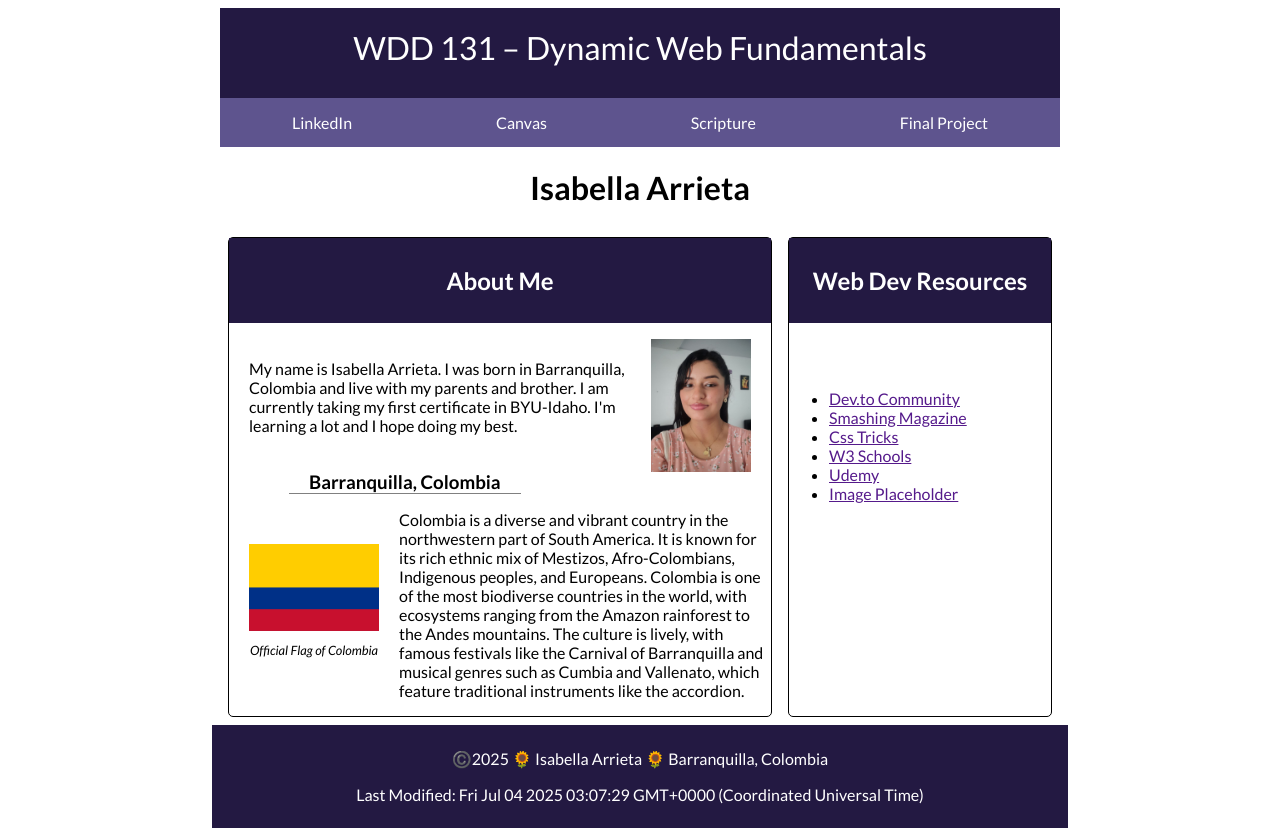
Repository: isaAJ05/wdd131
Page: index.html
The author's editor kept a copy of each file at every save. The page is drawn from the files as they stood at one save, then again after the next save.
The browser window is 1280 px wide. The pictures show the whole page.
Some web fonts or font styles are not loaded; a fallback is used.

Above is the page before, as saved 2025-07-04 03:45:59.

After the next save:
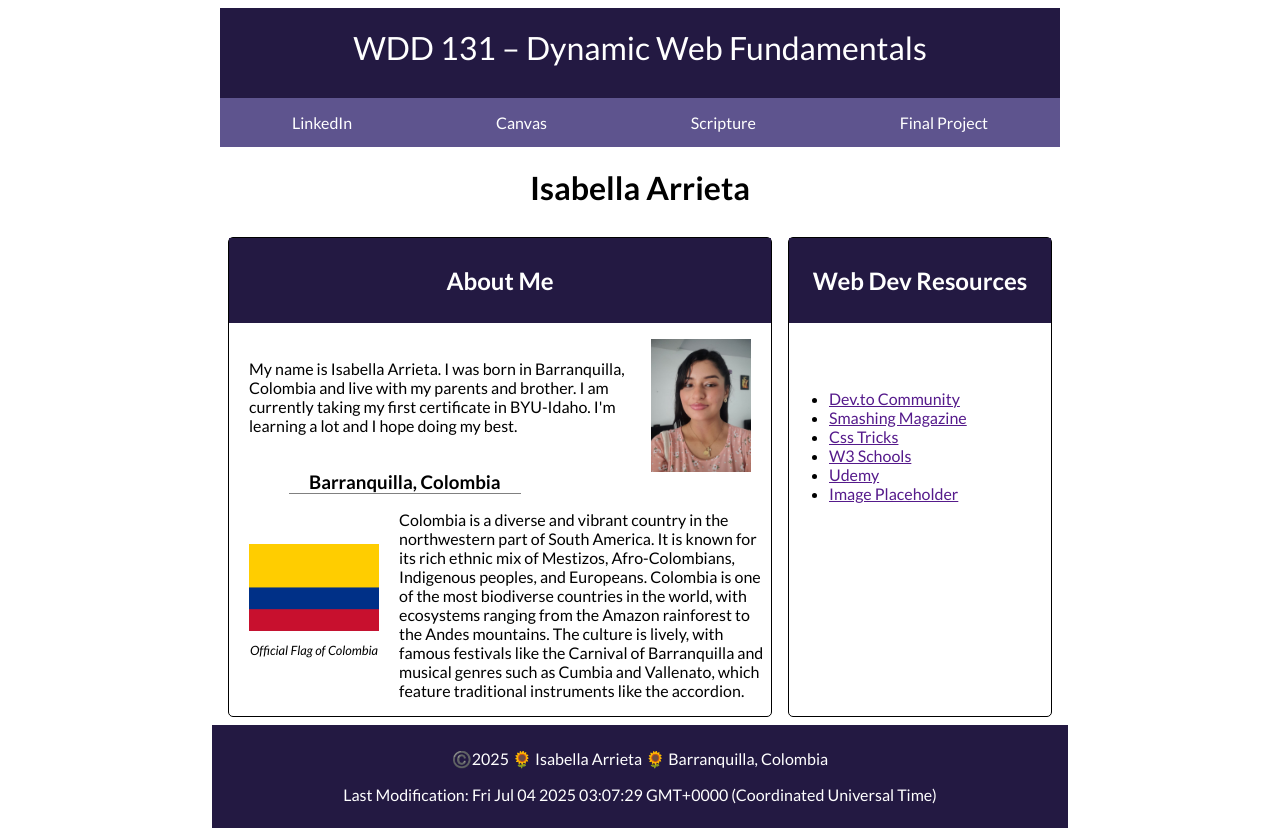
Saved 1 s later.
--- a/scripts/getdates.js
+++ b/scripts/getdates.js
@@ -3,4 +3,4 @@ const today = new Date();
 year.innerHTML = `<span class="highlight">${today.getFullYear()}</span>`;
 const lastMod = document.querySelector("#lastModified");
 let oLastModif = new Date(document.lastModified);
-lastMod.innerHTML = `Last Modified: <span class="highlight">${oLastModif}</span>`;
+lastMod.innerHTML = `Last Modification: <span class="highlight">${oLastModif}</span>`;
